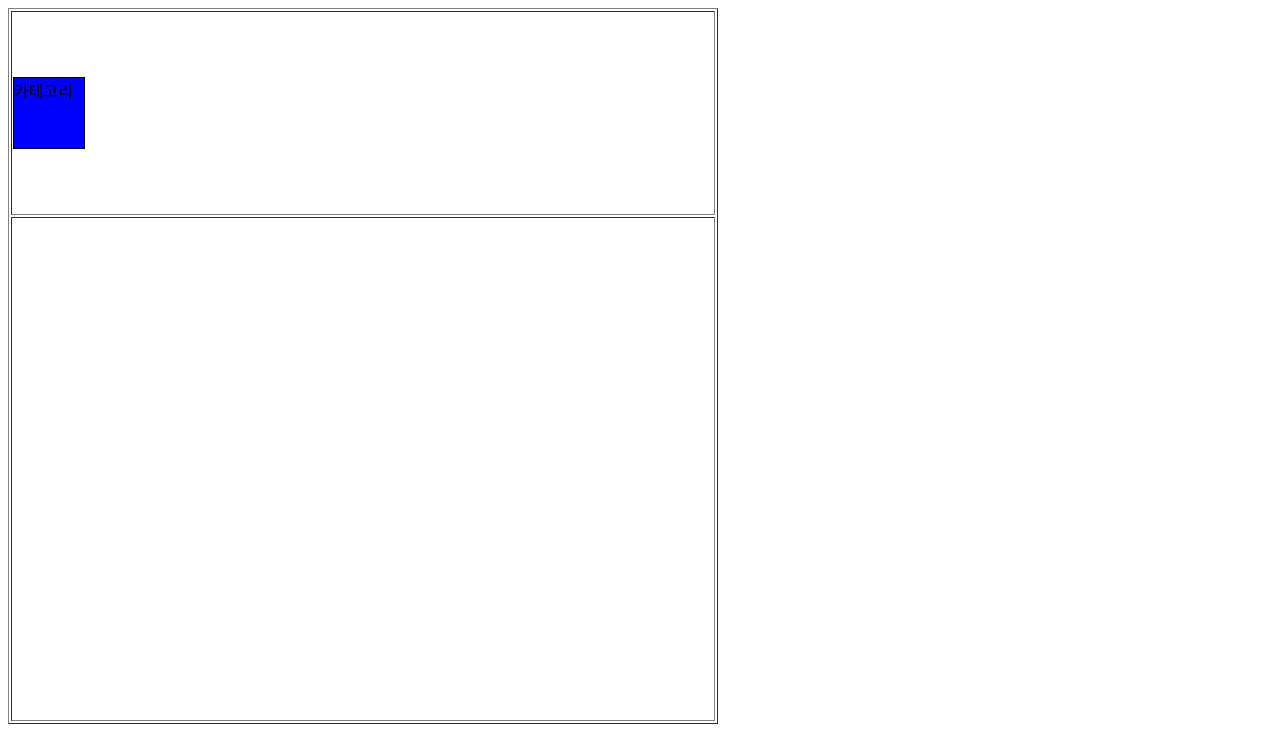
Repository: HmDol/Spring_study
Page: http://localhost/project1/Exweb.jsp
The author's editor kept a copy of each file at every save. The page is drawn from the files as they stood at one save, then again after the next save.
The browser window is 1280 px wide. The pictures show the whole page.
The page is served by Tomcat 10.

Above is the page before, as saved 2023-09-06 06:31:15.

After the next save:
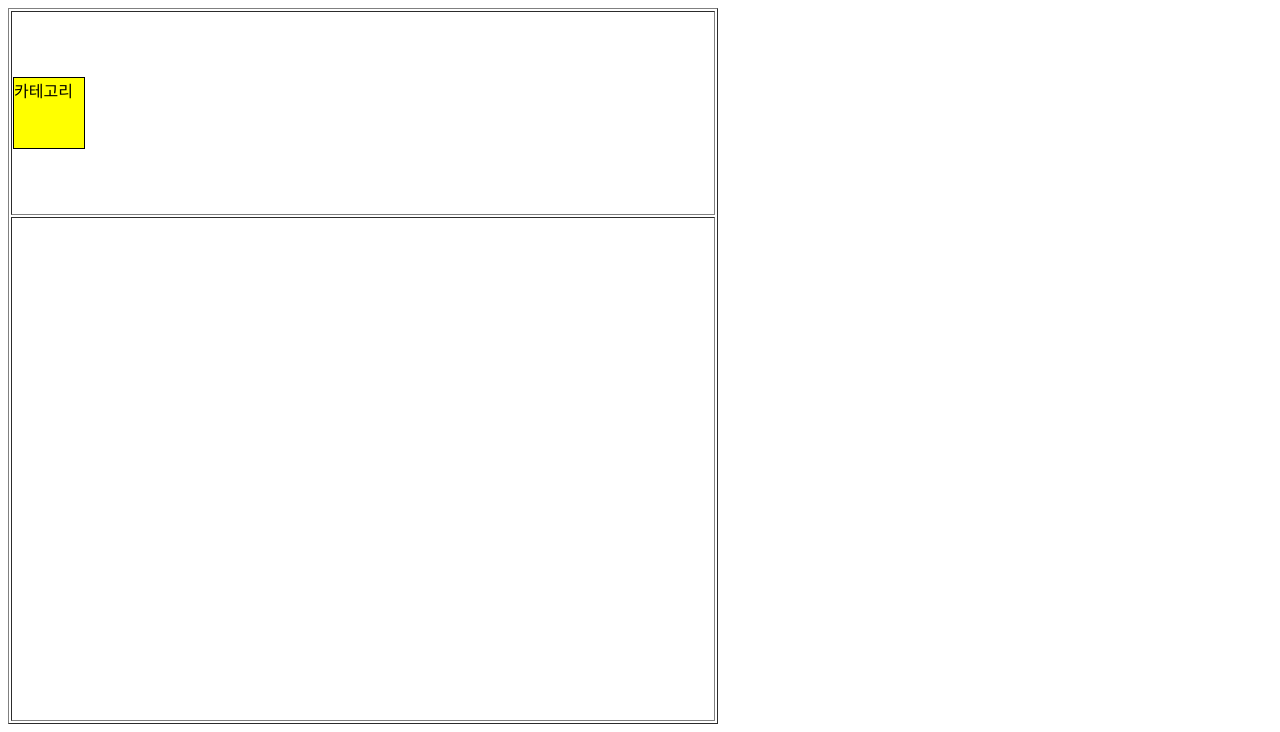
Saved 83 s later.
--- a/project1/src/main/webapp/Exweb.jsp
+++ b/project1/src/main/webapp/Exweb.jsp
@@ -14,7 +14,7 @@
 	[["LG데스크탑","삼성데스크탑","중소 데스크탑"],["LG노트북","삼성노트북","중소노트북"],["프린터","스피커","마이크"]]];
 
 const a = () => {
-	let txt = "<div><table style='background-clolr:gray' border='1'>";
+	let txt = "<div id =><table style='background-clolr:gray' border='1'>";
 	for(let s of cate1){
 		txt += "<tr><td style='width:100px; height:40px'>" + s + "</td></tr>";
 	}
@@ -37,7 +37,7 @@
 	<table border="1">
 		<tr>
 			<td style="width: 700px; height: 200px">
-				<div id="cate" style="width:70px;height:70px; background-color:blue; border: 1px solid black"
+				<div id="cate" style="width:70px;height:70px; background-color:yellow; border: 1px solid black"
 					onmouseover="a()" onmouseout="b()">카테고리</div>
 			</td>
 		</tr>

After the save that followed:
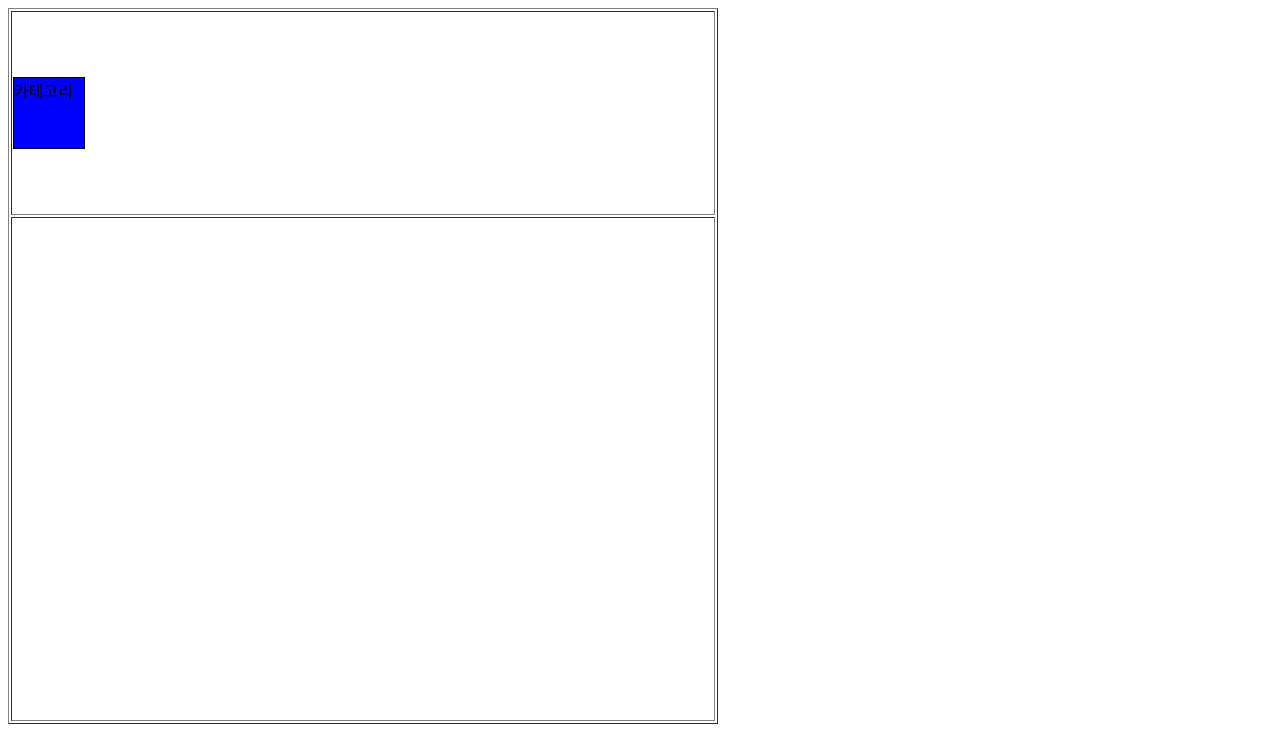
Saved 8 s later.
--- a/project1/src/main/webapp/Exweb.jsp
+++ b/project1/src/main/webapp/Exweb.jsp
@@ -37,7 +37,7 @@
 	<table border="1">
 		<tr>
 			<td style="width: 700px; height: 200px">
-				<div id="cate" style="width:70px;height:70px; background-color:yellow; border: 1px solid black"
+				<div id="cate" style="width:70px;height:70px; background-color:blue; border: 1px solid black"
 					onmouseover="a()" onmouseout="b()">카테고리</div>
 			</td>
 		</tr>
